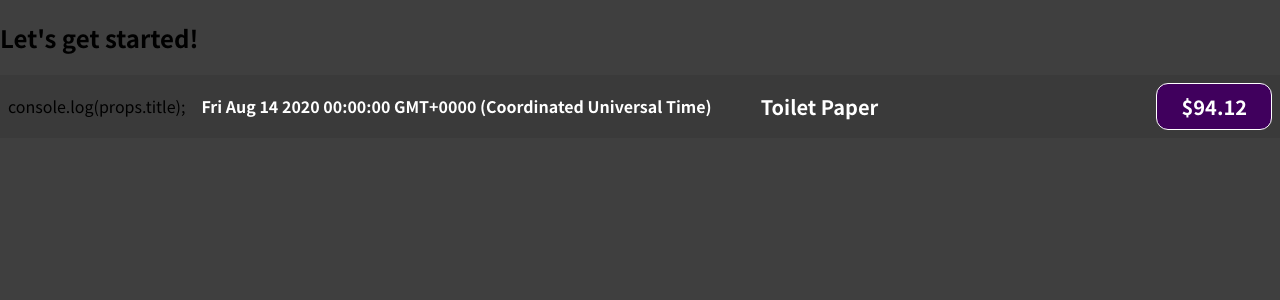
Repository: pial0007l/React
Page: / (app in 01-starting-setup/)
An editor plug-in stored every save of this project. The page is shown before and after a run of saves, followed by the edit.
The browser window is 1280 px wide. The pictures show the whole page.
The project was rebuilt for these pictures with package versions that can differ from the ones it lists, and the page was loaded fresh each time.

Above is the page before, as saved 2021-06-24 13:05:38.

After the next 3 saves:
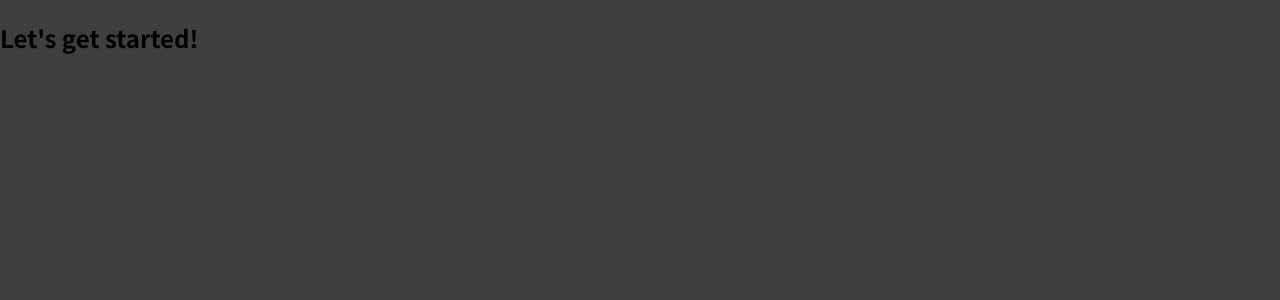
The 3 saves are shown as one change because 2 did not build or start.
The last was saved 4 min 0 s later.
--- a/01-starting-setup/src/App.js
+++ b/01-starting-setup/src/App.js
@@ -25,17 +25,15 @@
   return (
     <div>
       <h2>Let's get started!</h2>
-      <ExpenseItem
-        title = {expenses[0].title}
-        date = {expenses[0].date}
-        amount = {expenses[0].amount}></ExpenseItem>
-      {expenses.forEach(element => {
-        <ExpenseItem
-        title = {element.title}
-        date = {element.date}
-        amount = {element.amount}></ExpenseItem>
-
-      })}
+      {
+        expenses.forEach(item=>{
+          <ExpenseItem
+            title = {item.title}
+            date = {item.date}
+            amount = {item.amount}
+          ></ExpenseItem>
+        })
+      }
     </div>
   );
 }

After the 6 saves that followed:
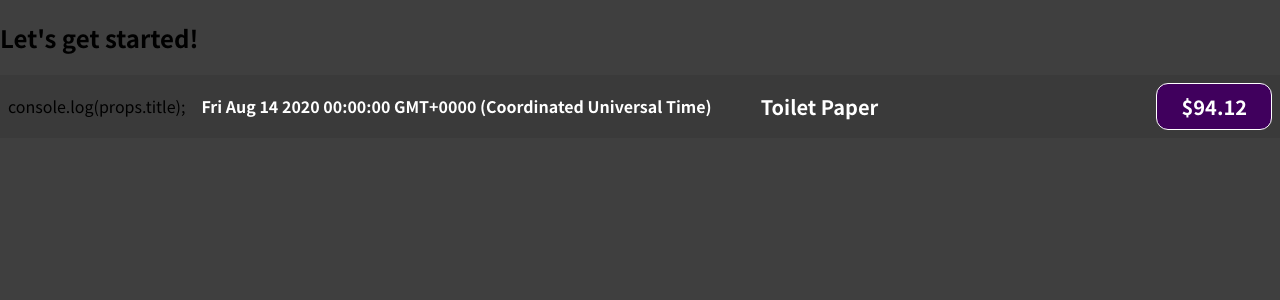
The 6 saves are shown as one change because 4 did not build or start and 1 left the picture as it was.
The last was saved 6 min 1 s later.
--- a/01-starting-setup/src/App.js
+++ b/01-starting-setup/src/App.js
@@ -25,15 +25,13 @@
   return (
     <div>
       <h2>Let's get started!</h2>
-      {
-        expenses.forEach(item=>{
-          <ExpenseItem
-            title = {item.title}
-            date = {item.date}
-            amount = {item.amount}
-          ></ExpenseItem>
-        })
-      }
+
+      <ExpenseItem
+        title = {expenses[0].title}
+        date = {expenses[0].date}
+        amount = {expenses[0].amount}
+      />
+
     </div>
   );
 }
